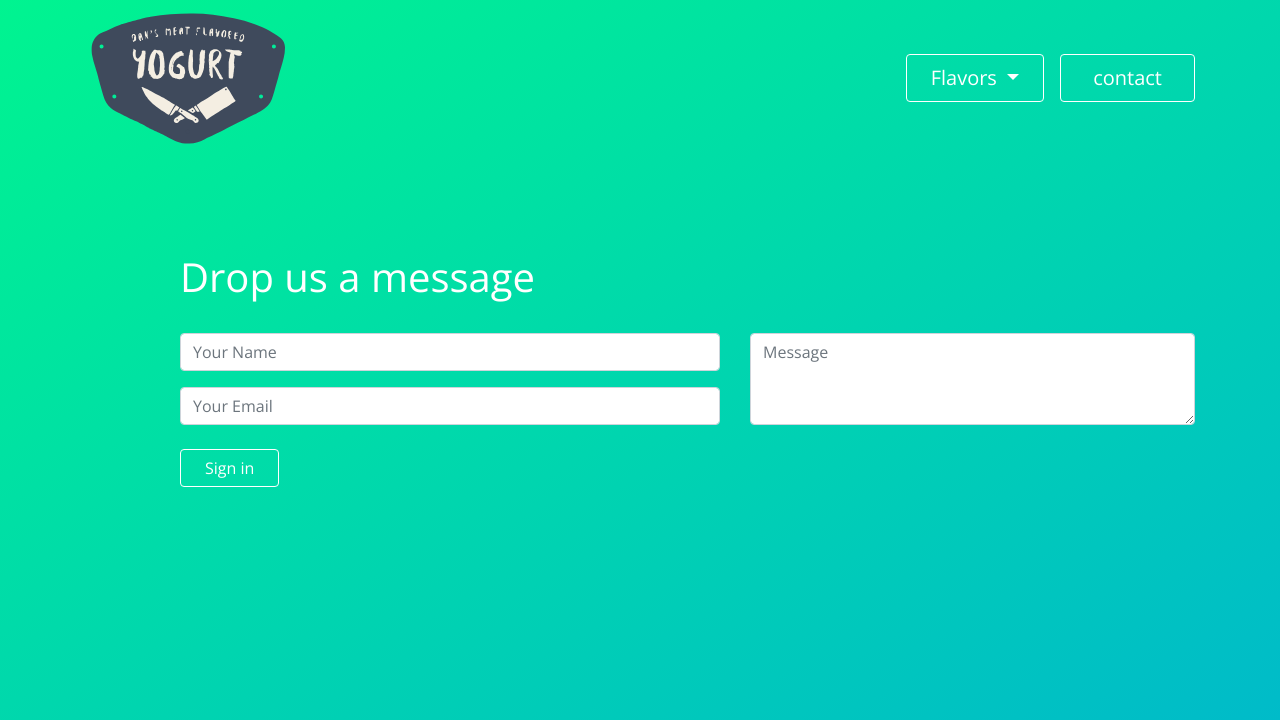
Repository: hoangnam180/Huyen
Page: Form.html
These files come from the project's save history. The page is drawn as it stood at one moment and after the next save; the edit follows.
The browser window is 1280 px wide. The pictures show the whole page.

Above is the page before, as saved 2021-12-03 19:14:59.
Not found: space.scss

### Form.html
<!doctype html>
<html lang="en">

<head>
  <title>Title</title>
  <!-- Required meta tags -->
  <meta charset="utf-8">
  <meta name="viewport" content="width=device-width, initial-scale=1, shrink-to-fit=no">

  <!-- Bootstrap CSS -->
  <link rel="stylesheet" href="https://stackpath.bootstrapcdn.com/bootstrap/4.3.1/css/bootstrap.min.css"
    integrity="sha384-ggOyR0iXCbMQv3Xipma34MD+dH/1fQ784/j6cY/iJTQUOhcWr7x9JvoRxT2MZw1T" crossorigin="anonymous">
  <link rel="stylesheet" href="space.scss">
  <link rel="stylesheet" href="style.css">
  <link rel="preconnect" href="https://fonts.googleapis.com">
  <link rel="preconnect" href="https://fonts.gstatic.com" crossorigin>
  <link href="https://fonts.googleapis.com/css2?family=Abril+Fatface&family=Open+Sans:wght@300;400&display=swap"
    rel="stylesheet">
</head>

<body>
  <div class="container">
    <nav class="navbar navbar-expand-lg navbar-light pr-0 pl-0 ">
      <!-- logo -->
      <a class="navbar-brand " href="#"><img src="images/logo-dans-meat-yogurt.svg" width="207.49" height="130.59"
          alt="logo"></a>
      <!-- logo end -->
      <button class="navbar-toggler border border-white" type="button" data-toggle="collapse"
        data-target="#navbarNavDropdown" aria-controls="navbarNavDropdown" aria-expanded="false"
        aria-label="Toggle navigation">
        <span class="navbar-toggler-icon"></span>
      </button>
      <div class="collapse navbar-collapse" id="navbarNavDropdown">
        <!-- nav -->
        <ul class="navbar-nav ml-auto rounded ">
          <li class="nav-item dropdown border border border-white mr-2 rounded ">
            <a class="nav-link dropdown-toggle text-center text-white pr-4 pl-4" href="#" id="navbarDropdownMenuLink" role="button"
              data-toggle="dropdown" aria-expanded="false">
              Flavors
            </a>
            <div class="dropdown-menu" aria-labelledby="navbarDropdownMenuLink">
              <a class="dropdown-item" href="#">Action</a>
              <a class="dropdown-item" href="#">Another action</a>
              <a class="dropdown-item" href="#">Something else here</a>
              <a class="dropdown-item" href="#">Action</a>
            </div>
          </li>
          <li class="nav-item border border-white ml-2 px-2 rounded ">
            <a class="nav-link text-center text-white  pr-4 pl-4" href="contact.html">contact</a>
          </li>
        </ul>
      </div>
    </nav>
    <!-- end nav -->
    <div class="form">
        <div class="row ">
            <div class="col-11 offset-1 mt-5"><h1 class="text-white mt-5">Drop us a message</h1></div>
        </div>
        <div class="row mt-4">
            <div class="col-12 col-md-6 offset-1">
                <div class="row flex-column">
                    <div class="col">
                        <input type="email" class="form-control" placeholder = "Your Name">
                    </div>
                    <div class="col">
                        <input type="text" id="" class="form-control mt-3" placeholder="Your Email">
                    </div>
                </div>
            </div>
            <div class="col-12 offset-1 offset-md-0 col-md-5 ">
                <textarea style="height: 100%;" class="form-control" placeholder="Message"></textarea>
            </div>
        </div>
        <div class="row mt-4 ">
            <div class="col-6 offset-1">
                <button type="submit" class="btn bg-transparent border border-white pr-4 pl-4 text-white">Sign in</button>
            </div>
        </div>
    </div>
  </div>

  <!-- Optional JavaScript -->
  <!-- jQuery first, then Popper.js, then Bootstrap JS -->
  <script src="https://code.jquery.com/jquery-3.3.1.slim.min.js"
    integrity="sha384-q8i/X+965DzO0rT7abK41JStQIAqVgRVzpbzo5smXKp4YfRvH+8abtTE1Pi6jizo"
    crossorigin="anonymous"></script>
  <script src="https://cdnjs.cloudflare.com/ajax/libs/popper.js/1.14.7/umd/popper.min.js"
    integrity="sha384-UO2eT0CpHqdSJQ6hJty5KVphtPhzWj9WO1clHTMGa3JDZwrnQq4sF86dIHNDz0W1"
    crossorigin="anonymous"></script>
  <script src="https://stackpath.bootstrapcdn.com/bootstrap/4.3.1/js/bootstrap.min.js"
    integrity="sha384-JjSmVgyd0p3pXB1rRibZUAYoIIy6OrQ6VrjIEaFf/nJGzIxFDsf4x0xIM+B07jRM"
    crossorigin="anonymous"></script>
</body>

</html>

### style.css
body{
    background:linear-gradient(to bottom right, #00F490, #00BBC9);
    background-attachment: fixed;
    font-size: 1.25rem;
    font-family:'Open Sans', sans-serif;
}
h5.card-title{
    color: #00F490;
}
h1.display-4{
    font-size: 4.2rem;
    text-shadow: 1px 0px 1px #000000;
    font-family: 'Abril Fatface', cursive;
}
p.lead{
    font-size: 2.25rem;
}
a.btn-outline-light{
    font-size: 1.18rem;
}
.img-top{

    border-radius: 10px 0px 0px 10px;
}
.text-top{
    border-radius: 0px 10px 10px 0px ;
}
span.next{
    margin-right: 100px;
}

.form-control:placeholder{
    color: #00F490;
}
@media (min-width: 768px) {
    .bg-white-md{
        background-color: white !important;
    }
    .text-black-md{
       color: #000 !important;
    }

}

After the next save:
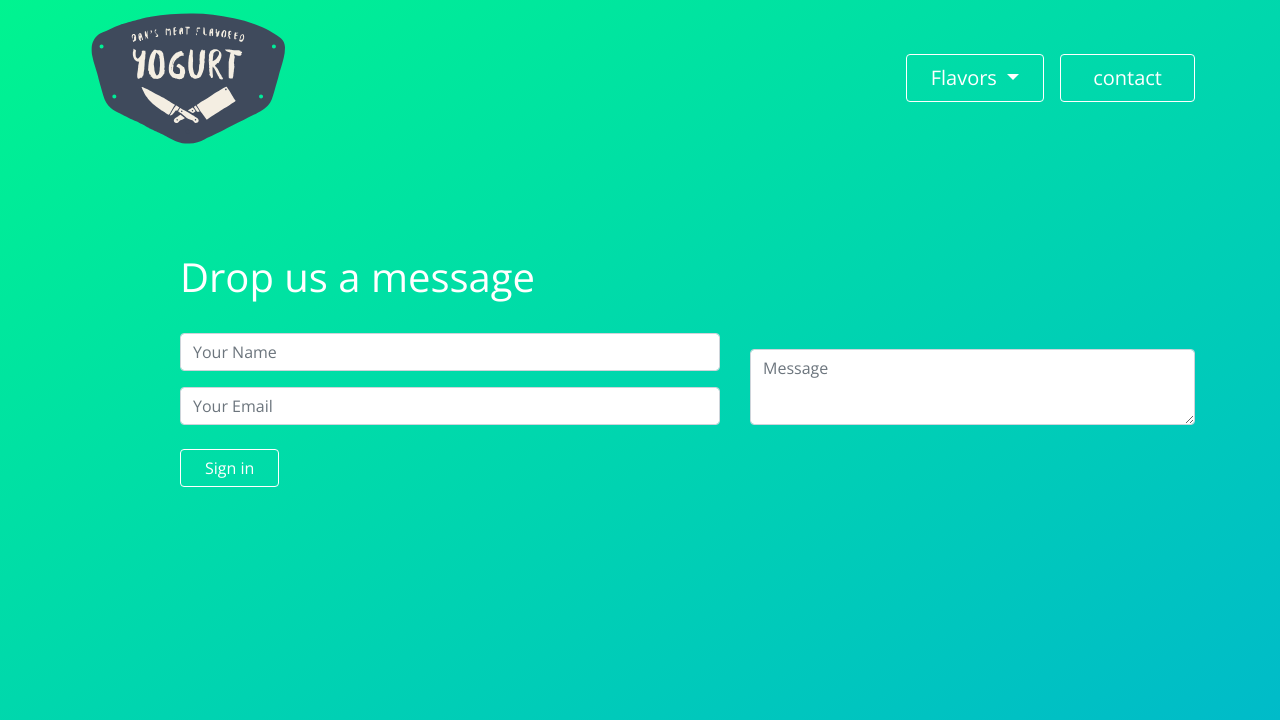
Saved 9 s later.
--- a/Form.html
+++ b/Form.html
@@ -67,7 +67,7 @@
                     </div>
                 </div>
             </div>
-            <div class="col-12 offset-1 offset-md-0 col-md-5 ">
+            <div class="col-12 offset-1 offset-md-0 mt-3 col-md-5 ">
                 <textarea style="height: 100%;" class="form-control" placeholder="Message"></textarea>
             </div>
         </div>

After the save that followed:
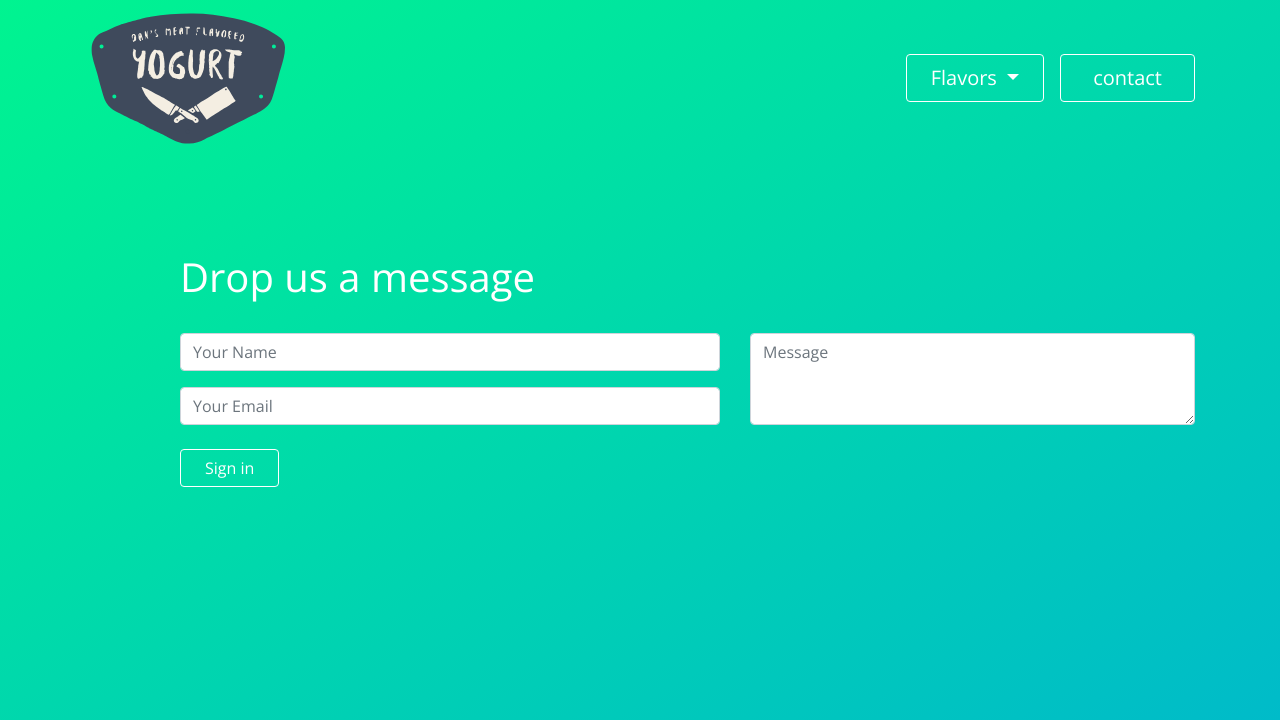
Saved 12 s later.
--- a/Form.html
+++ b/Form.html
@@ -67,7 +67,7 @@
                     </div>
                 </div>
             </div>
-            <div class="col-12 offset-1 offset-md-0 mt-3 col-md-5 ">
+            <div class="col-12 offset-1 offset-md-0 mt-3 mt-md-0 col-md-5 ">
                 <textarea style="height: 100%;" class="form-control" placeholder="Message"></textarea>
             </div>
         </div>
